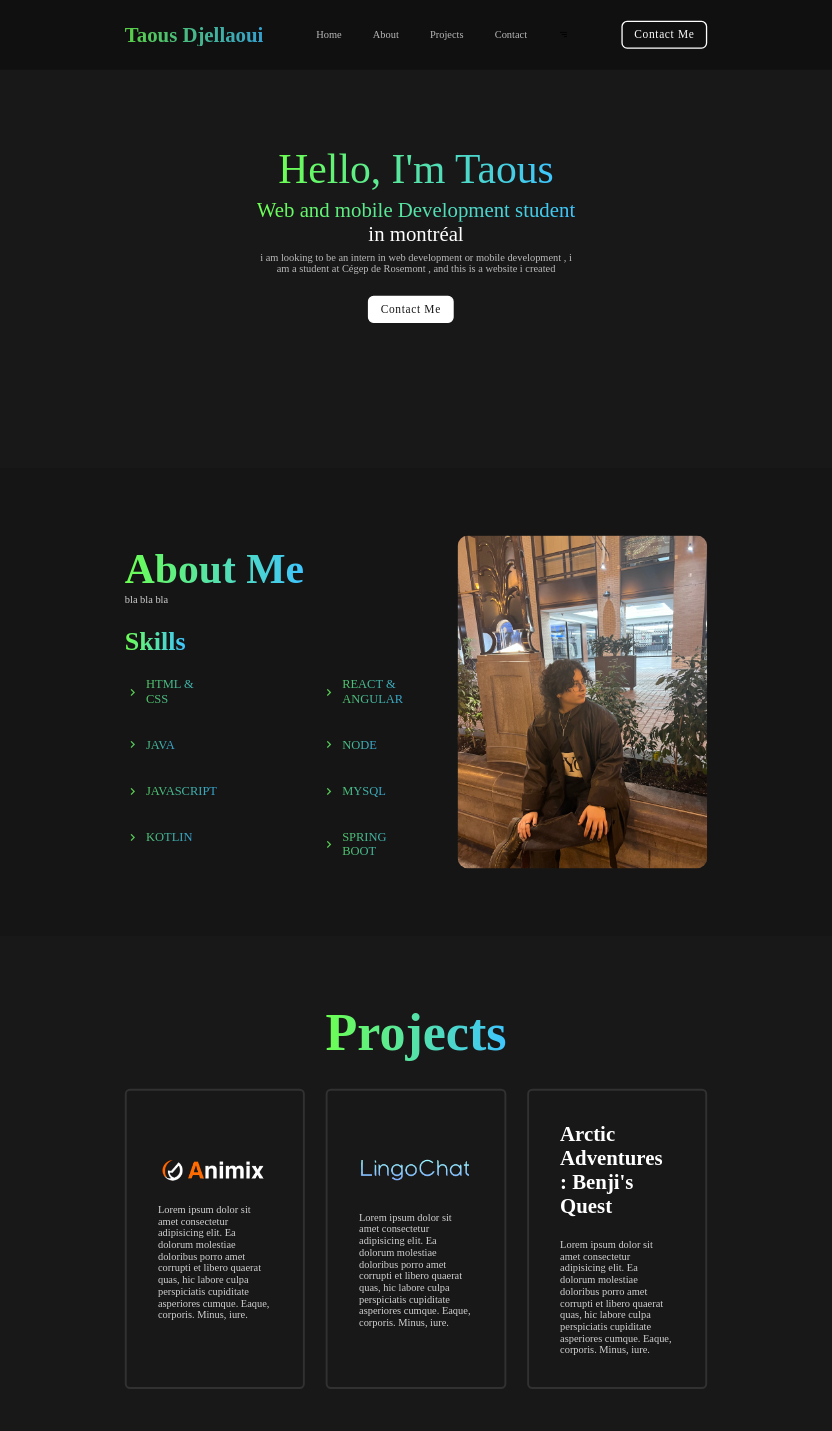
Repository: taousdjellaoui/portfolio-
Page: portfolio/index.html
The author's editor kept a copy of each file at every save. The page is drawn from the files as they stood at one save, then again after the next save.
The browser window is 1280 px wide. The pictures show the whole page, at 65% of full size.

Above is the page before, as saved 2024-09-24 13:48:49.

### portfolio/index.html
<!DOCTYPE html>
<html lang="en">
  <head>
    <meta charset="UTF-8" />
    <meta name="viewport" content="width=device-width, initial-scale=1.0" />
    <title>Portfolio Website</title>
    <link rel="stylesheet" href="style.css" />
    <link href='https://unpkg.com/boxicons@2.1.4/css/boxicons.min.css' rel='stylesheet'>
  </head>
  <body>
    <nav>
      <a href="#" class="logo"><span>Taous Djellaoui</span></a>
      <ul class="links">
        <a href="#home">Home</a>
        <a href="#about">About</a>
        <a href="#projects">Projects</a>
        <a href="#contact">Contact</a>
        <i class='bx bx-menu-alt-right' id="Menu"></i>
      </ul>
      <a href="#contact" class="btn">Contact Me</a>

    </nav>
    <section id="home">

      <div class="info-box">
        <h1><span>Hello, I'm Taous</span></h1>
        <h3><span>Web and mobile Development student</span> in montréal</h3>
        <p>i am looking to be an intern in web development or mobile development , i am a student
           at Cégep de Rosemont , and this is a website i created  </p>
      </div>
      <div class="btn-box">
        <div class="btn"  style="display: none;" >Hire</div>
        <div class="btn">Contact Me</div>
        <div></div>

      </div>
    </section>

    <section id="about">
      <div class="about-box">
        <div class="about-info">
          <h1><span>About Me</span></h1>
          <p>bla bla bla </p>

        </div>
        <h2><span>Skills</span></h2>
        <div class="skills">
          <ul>
            <li>
              <span><i class='bx bx-chevron-right' ></i>HTML & CSS</span>
            </li>
            <li>
              <span><i class='bx bx-chevron-right' ></i>JAVA</span>
            </li>
            <li>
              <span><i class='bx bx-chevron-right' ></i>JAVASCRIPT</span>
            </li>
            <li>
              <span><i class='bx bx-chevron-right' ></i>KOTLIN</span>
            </li>
          </ul>
          <ul>
            <li>
              <span><i class='bx bx-chevron-right' ></i>REACT & ANGULAR</span>
            </li>
            <li>
              <span><i class='bx bx-chevron-right' ></i>NODE</span>
            </li>
            <li>
              <span><i class='bx bx-chevron-right' ></i>MYSQL</span>
            </li>
            <li>
              <span><i class='bx bx-chevron-right' ></i>SPRING BOOT</span>
            </li>
          </ul>
        </div>

      </div>
      <img src="image.jpg" alt="">
    </section>
    <section id="projects">
      <h1 class="header"><span>Projects</span></h1>
      <div class="projects-container">
        <div class="box">
          <img src="logo-animix.png" alt="">
          <p>Lorem ipsum dolor sit amet consectetur adipisicing elit. Ea dolorum molestiae doloribus porro amet corrupti et libero quaerat quas, hic labore culpa perspiciatis cupiditate asperiores cumque. Eaque, corporis. Minus, iure.</p>

        </div>
        <div class="box">
          <img src="logoLingoChat.png" alt="">

          <p>Lorem ipsum dolor sit amet consectetur adipisicing elit. Ea dolorum molestiae doloribus porro amet corrupti et libero quaerat quas, hic labore culpa perspiciatis cupiditate asperiores cumque. Eaque, corporis. Minus, iure.</p>

        </div>
        <div class="box">
          <h1>Arctic Adventures : Benji's Quest</h1>
          <p>Lorem ipsum dolor sit amet consectetur adipisicing elit. Ea dolorum molestiae doloribus porro amet corrupti et libero quaerat quas, hic labore culpa perspiciatis cupiditate asperiores cumque. Eaque, corporis. Minus, iure.</p>

        </div>


      </div>


    </section>

    <script src="script.js"></script>
  </body>
</html>

### portfolio/style.css
* {
  margin: 0;
  padding: 0;
  box-sizing: border-box;
  text-decoration: none;
  list-style: none;
  scroll-behavior: smooth;
  font-family: "Poppins";
}
:root {
  --background: rgb(24, 24, 24);
  --second-background: rgb(21, 21, 21);
}
body{
  min-height: 100vh;
  background-color: var(--background);
}
nav{
position:fixed;
top:0;
width: 100%;
padding: 2em 15%;
display: flex;
align-items: center;
justify-content: space-between;
background-color:rgba(15,15,15,0.8);
backdrop-filter: blur(10px);
z-index: 1000;
}
ul{
  display:flex;
  align-items: center;
  gap: 3em;

}
nav ul a{
  color: white;
  opacity: 0.7;
  transition:0.2s ease-in-out;
}
nav ul a:hover{
  opacity: 1;

}
.logo{
  font-size:2em;
  color: white;
  font-weight: 800;
  opacity: 0.8;
  transition: 0.2s ease-in-out;

}
.logo:hover{
  opacity: 1;
}
.btn{
  padding : 0.5em 1em;
  color : white;
  font-weight: 500;
  letter-spacing:1px ;
  border-radius: 0.5em;
  font-size: 1.1em;
  border: 2px solid white;
  cursor: pointer;
  transition: 0.3s ease-in-out;

}
.btn:hover{
  background-color: white;
  color: var(--background);

}
span{
  background: linear-gradient(to right,#6cff52,#3ec5ff);
  background-clip: text;
  color:transparent;
}
#menu{
  color:white;
  font-size:3em;
  display:none;
}
section{
  min-height: 100vh;
  padding: 5% 15%;
}
#home{
display: flex;
flex-direction: column;
align-items:center;
justify-content: center;
gap:2em;
color:white;

}
#home img{
width:18vw;
border-radius: 1%;
margin-top: 3em;

}
.info-box{
  display: flex;
  flex-direction: column;
  text-align: center;
  gap: 0.5em;
  max-width: 500px;

}
.info-box h1{
  font-size:4em;
  font-weight: 500;
}
.info-box h3{
  font-size:2em;
  font-weight: 400;
}
.info-box p{
 opacity:0.7;
}
.btn-box{
  display: flex;
  gap: 1em;
}
.btn-box .btn:nth-of-type(2){
  background-color:white;
  color: var(--background)
}
.btn-box .btn:nth-of-type(2):hover{
  background-color: var(--background);
  color:white;

}
::-webkit-scrollbar{
  width: 20px;
  background-color: var(--background);
}
::-webkit-scrollbar-thumb{
  background: linear-gradient(to bottom,#788077,#a8b2b7);

}
#about{
  background-color: var(--second-background);
  display: flex;
  align-items:center;
  justify-content: center;
  gap: 5em;

}
#about img{
  width: 30vw;
  border-radius:1em;

}
.about-box{
  display:flex;
  flex-direction: column;
  text-align: left;
  gap: 2em;
}
.about-box h1{
  font-size: 4em;
}
.about-box p{
color:white;
opacity:0.8;
}
.skills{
  display:flex;
  text-align: left;
  gap: 10em;

}
.skills ul{
  font-size: 1em;
  font-weight: 500;
  display:flex;
  flex-direction: column;
  color:white;
  opacity:0.8;
  align-items: baseline;
}
.skills ul li span{
  display: flex;
  align-items:center;
  gap : 0.5em;
   font-size: 1.2em;
   transition:0.3s ease-in-out;
}
.skills ul li span:hover{
  transform: translateX(10px);
}
.skills ul li i{
 font-size:1.2em;

}
.about-box h2{
  font-size: 2.5em;
}
#projects{
  background-color: var(--background);
}
.header{
  text-align: center;
  font-size: 5em;
  margin:0.5em 0;
}
.projects-container{
  display:grid;
  grid-template-columns: repeat(auto-fit,minmax(250px,1fr));
  gap:2em;
}
.box{
  border:3px solid rgb(49, 49, 49);
border-radius: 0.5em;
display: flex;
flex-direction: column;
justify-content: center;
overflow: hidden;
object-fit: cover;
padding:3em ;
gap: 2em;
color:white;
cursor:pointer;
transition:0.3s ease-in-out;
}
.box:hover{
  border: 3px solid rgb(100,100,100);
}
.box p{
  opacity:0.8;
}
.box h1{
  font-size: 2em;
}
.box img{
 min-width:25px;
 border-radius:0.5em;
}

Loaded but not shown: portfolio/script.js (no stored copy; drawn as an empty file)

After the next save:
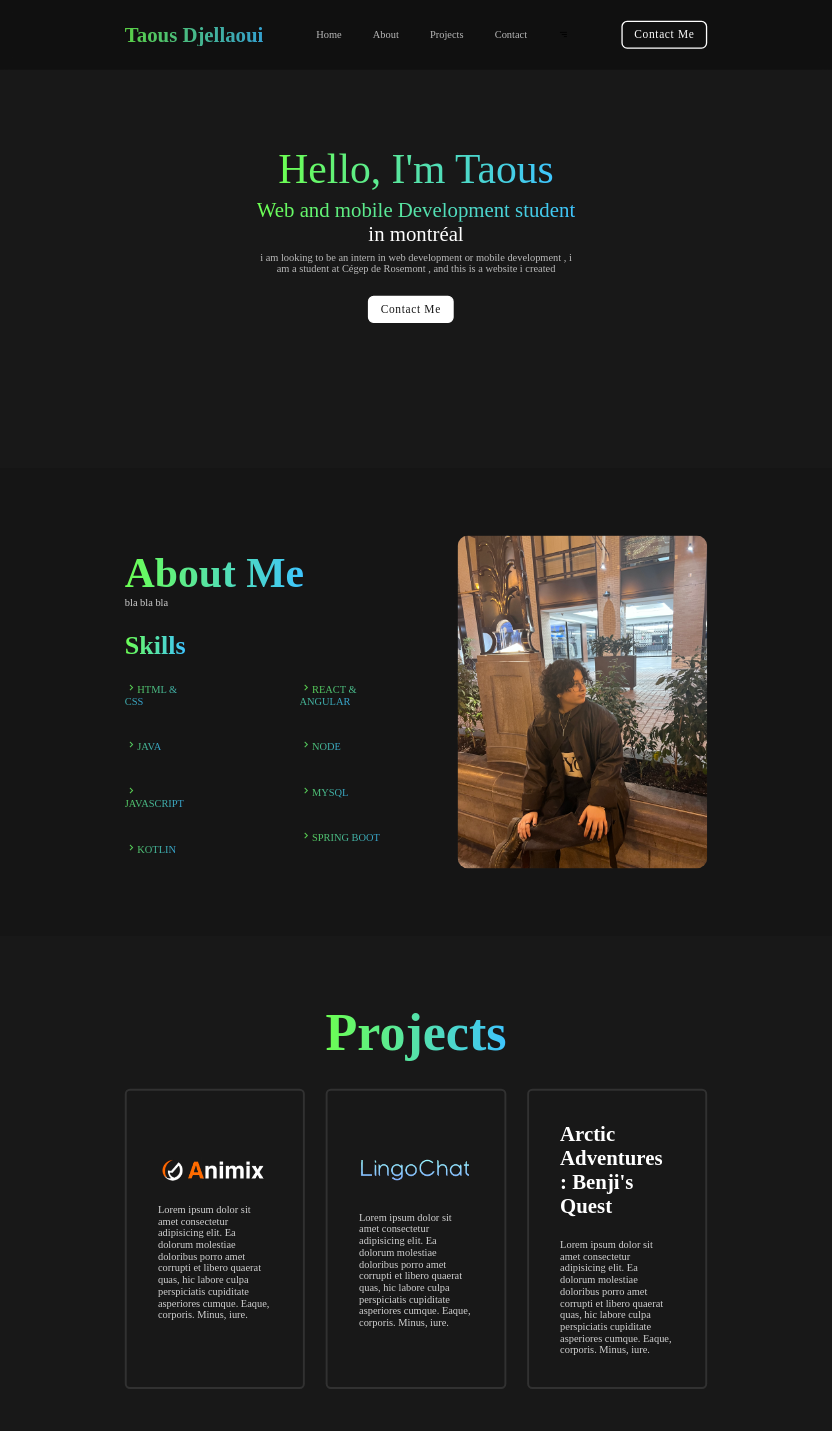
Saved 25 s later.
--- a/portfolio/style.css
+++ b/portfolio/style.css
@@ -180,7 +180,7 @@ opacity:0.8;
   opacity:0.8;
   align-items: baseline;
 }
-.skills ul li span{
+.skills ul li p{
   display: flex;
   align-items:center;
   gap : 0.5em;
